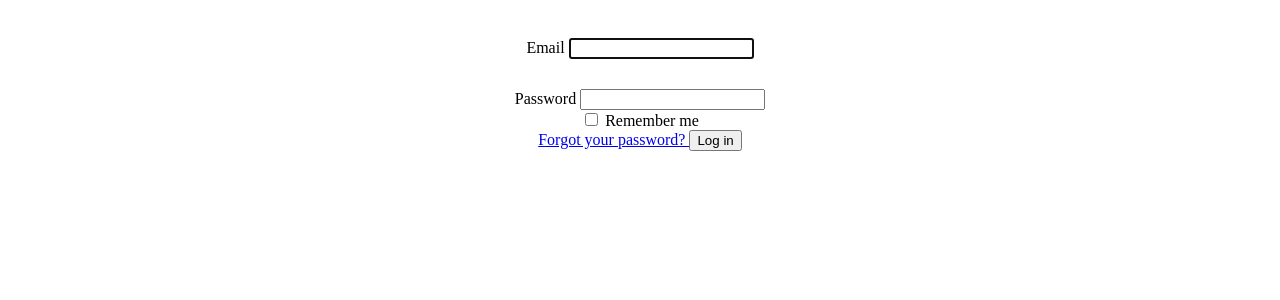
Repository: lookmanola/gestion_scolaire
Page: http://localhost/login
An editor plug-in stored every save of this project. The page is shown before and after a run of saves, followed by the edit.
The browser window is 1280 px wide. The pictures show the whole page.
The page is served by the project's Laravel application, run on PHP 8.4 with Laravel 8.

Above is the page before, as saved 2021-10-15 10:20:11.

After the next 3 saves:
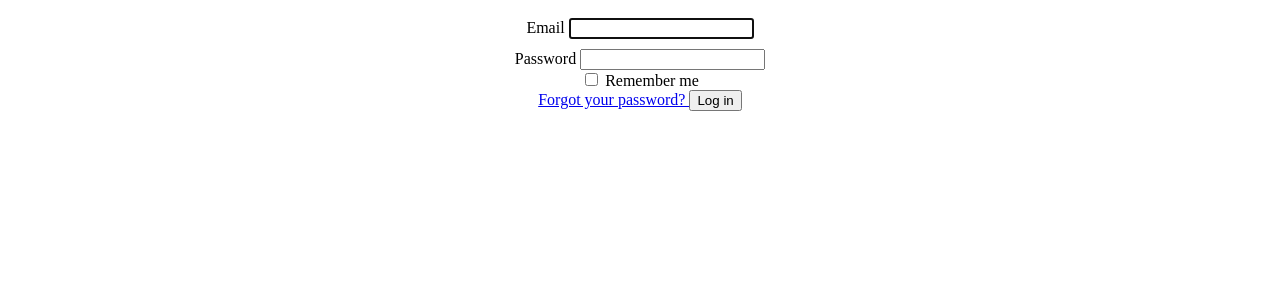
The 3 saves are shown as one change because they came seconds apart.
The last was saved 15 s later.
--- a/example-app/resources/views/auth/login.blade.php
+++ b/example-app/resources/views/auth/login.blade.php
@@ -15,7 +15,7 @@
             <div style="display: flex; justify-content:center; flex-direction:column; align-items:center;">
 
                 <!-- Email Address -->
-                <div style="padding:30px">
+                <div style="padding:10px">
                     <x-label for="email" :value="__('Email')" />
 
                     <x-input id="email" class="style" type="email" name="email" :value="old('email')" required
